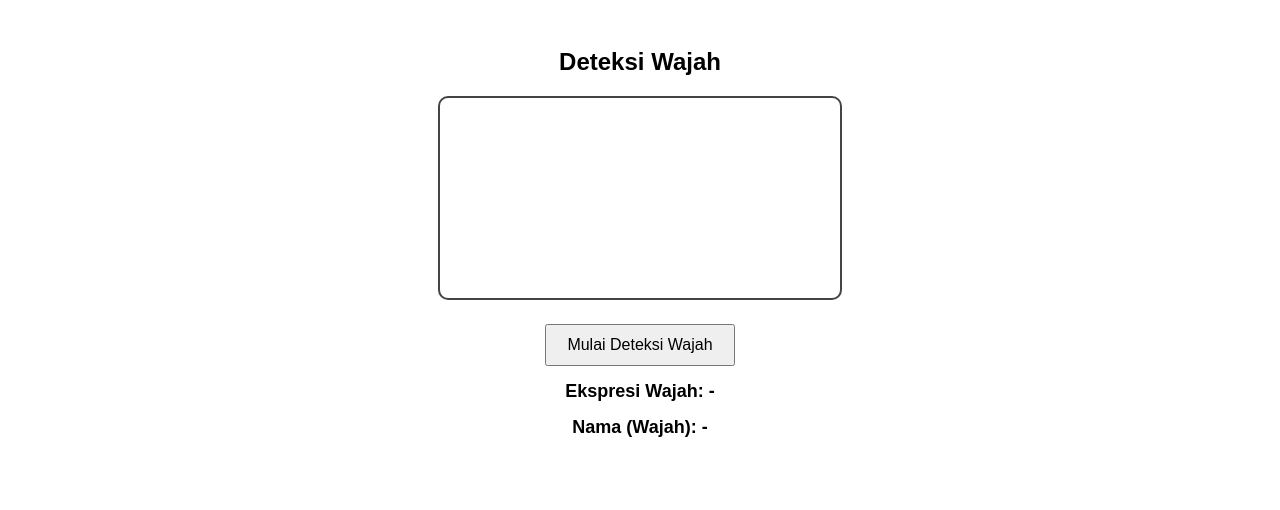
Repository: RalfyBawinto/working-teachable-machine
Page: index.html
The author's editor kept a copy of each file at every save. The page is drawn from the files as they stood at one save, then again after the next save.
The browser window is 1280 px wide. The pictures show the whole page.

Above is the page before, as saved 2025-04-22 01:18:11.

After the next save:
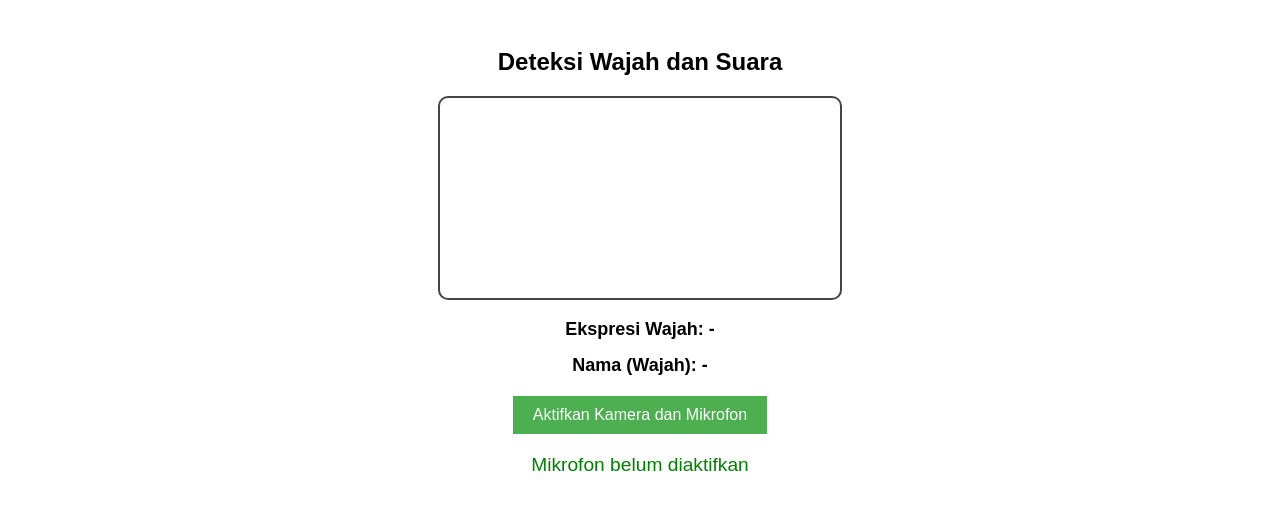
Saved 3 min 26 s later.
--- a/index.html
+++ b/index.html
@@ -3,7 +3,7 @@
   <head>
     <meta charset="UTF-8" />
     <meta name="viewport" content="width=device-width, initial-scale=1.0" />
-    <title>Deteksi Wajah</title>
+    <title>Deteksi Wajah dan Suara</title>
     <style>
       body {
         font-family: Arial, sans-serif;
@@ -21,37 +21,71 @@
         font-size: 18px;
         font-weight: bold;
       }
+      #status {
+        margin-top: 20px;
+        font-size: 1.2em;
+        color: green;
+      }
+      #label-container {
+        margin-top: 15px;
+        font-size: 18px;
+        font-weight: bold;
+      }
       button {
         margin-top: 20px;
         padding: 10px 20px;
         font-size: 16px;
+        background-color: #4caf50;
+        color: white;
+        border: none;
+        cursor: pointer;
+      }
+      button:hover {
+        background-color: #45a049;
       }
     </style>
   </head>
   <body>
-    <h2>Deteksi Wajah</h2>
-
+    <h2>Deteksi Wajah dan Suara</h2>
+
+    <!-- Video untuk deteksi wajah -->
     <video id="video" autoplay muted playsinline></video>
     <canvas id="canvas" width="400" height="300" style="display: none"></canvas>
-
-    <br />
-    <button onclick="startFaceDetection()">Mulai Deteksi Wajah</button>
-
     <div class="output" id="face-output">Ekspresi Wajah: -</div>
     <div class="output" id="name-output">Nama (Wajah): -</div>
+
+    <!-- Kontrol deteksi suara -->
+    <button onclick="aktifkanDeteksi()">Aktifkan Kamera dan Mikrofon</button>
+    <div id="status">Mikrofon belum diaktifkan</div>
+    <div id="label-container"></div>
 
     <!-- TensorFlow.js -->
     <script src="https://cdn.jsdelivr.net/npm/@tensorflow/tfjs@3.21.0/dist/tf.min.js"></script>
     <script src="https://cdn.jsdelivr.net/npm/@teachablemachine/image@0.8/dist/teachablemachine-image.min.js"></script>
-
-    <script>
+    <script src="https://cdn.jsdelivr.net/npm/@tensorflow-models/speech-commands@0.4.0/dist/speech-commands.min.js"></script>
+
+    <script type="text/javascript">
       const faceModelURL =
         "https://teachablemachine.withgoogle.com/models/oTtv--EQC/";
       const nameModelURL =
         "https://teachablemachine.withgoogle.com/models/1E0LcWWmy/";
-
-      let faceModel, nameModel;
+      const URL = "https://teachablemachine.withgoogle.com/models/r1dg1ZGh5/";
+
+      let faceModel, nameModel, recognizer;
       let video, canvas, ctx;
+
+      async function createModel() {
+        const checkpointURL = URL + "model.json";
+        const metadataURL = URL + "metadata.json";
+
+        recognizer = speechCommands.create(
+          "BROWSER_FFT",
+          undefined,
+          checkpointURL,
+          metadataURL
+        );
+        await recognizer.ensureModelLoaded();
+      }
 
       async function startFaceDetection() {
         video = document.getElementById("video");
@@ -111,6 +145,59 @@
           highest3.className
         } (${(highest3.probability * 100).toFixed(1)}%)`;
       }
+
+      async function aktifkanDeteksi() {
+        try {
+          const stream = await navigator.mediaDevices.getUserMedia({
+            audio: true,
+          });
+          document.getElementById("status").textContent = "Mikrofon aktif 🎤";
+
+          // Setelah mikrofon aktif, muat model suara
+          await createModel();
+          const classLabels = recognizer.wordLabels();
+
+          // Menampilkan label kategori suara
+          const labelContainer = document.getElementById("label-container");
+          labelContainer.innerHTML = ""; // Clear previous results
+
+          // Mulai mendeteksi suara
+          recognizer.listen(
+            (result) => {
+              const scores = result.scores;
+
+              // Temukan nilai tertinggi
+              let maxScore = -1;
+              let maxLabel = "";
+              for (let i = 0; i < scores.length; i++) {
+                if (scores[i] > maxScore) {
+                  maxScore = scores[i];
+                  maxLabel = classLabels[i];
+                }
+              }
+
+              // Konversi skor tertinggi menjadi persentase
+              const percentage = (maxScore * 100).toFixed(2);
+
+              // Tampilkan hanya kategori dengan nilai tertinggi
+              labelContainer.innerHTML = `${maxLabel}: ${percentage}%`;
+            },
+            {
+              includeSpectrogram: true,
+              probabilityThreshold: 0.75,
+              invokeCallbackOnNoiseAndUnknown: true,
+              overlapFactor: 0.5,
+            }
+          );
+
+          // Mulai deteksi wajah
+          startFaceDetection();
+        } catch (err) {
+          console.error("Gagal mengakses mikrofon:", err);
+          document.getElementById("status").textContent =
+            "Gagal mengakses mikrofon ❌";
+        }
+      }
     </script>
   </body>
 </html>
